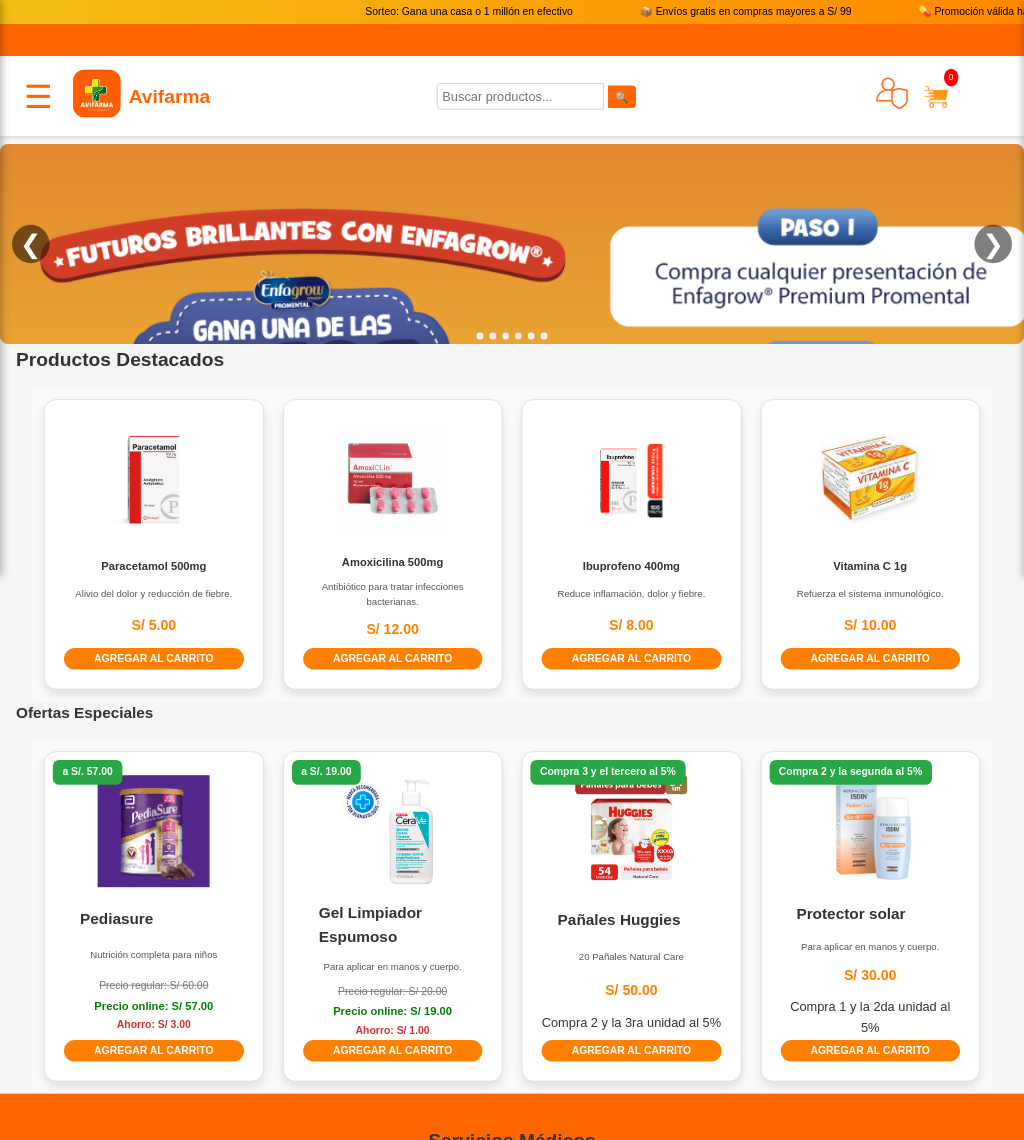
Repository: AVH75/avifarma-tienda
Page: index.html
The author's editor kept a copy of each file at every save. The page is drawn from the files as they stood at one save, then again after the next save.
The browser window is 1280 px wide. The pictures show the part of the page from y = 0 to 1425 px (the page is 2863 px tall before and 2790 px after), at 80% of full size.
A picture or video elsewhere on the page could not be fetched, so the positions and the page height are approximate.

Above is the page before, as saved 2025-09-19 20:19:37.
Not found: img/carrusel-servicios/inyectables.jpg
Not found: img/carrusel-servicios/primeros-auxilios.jpg

After the next save:
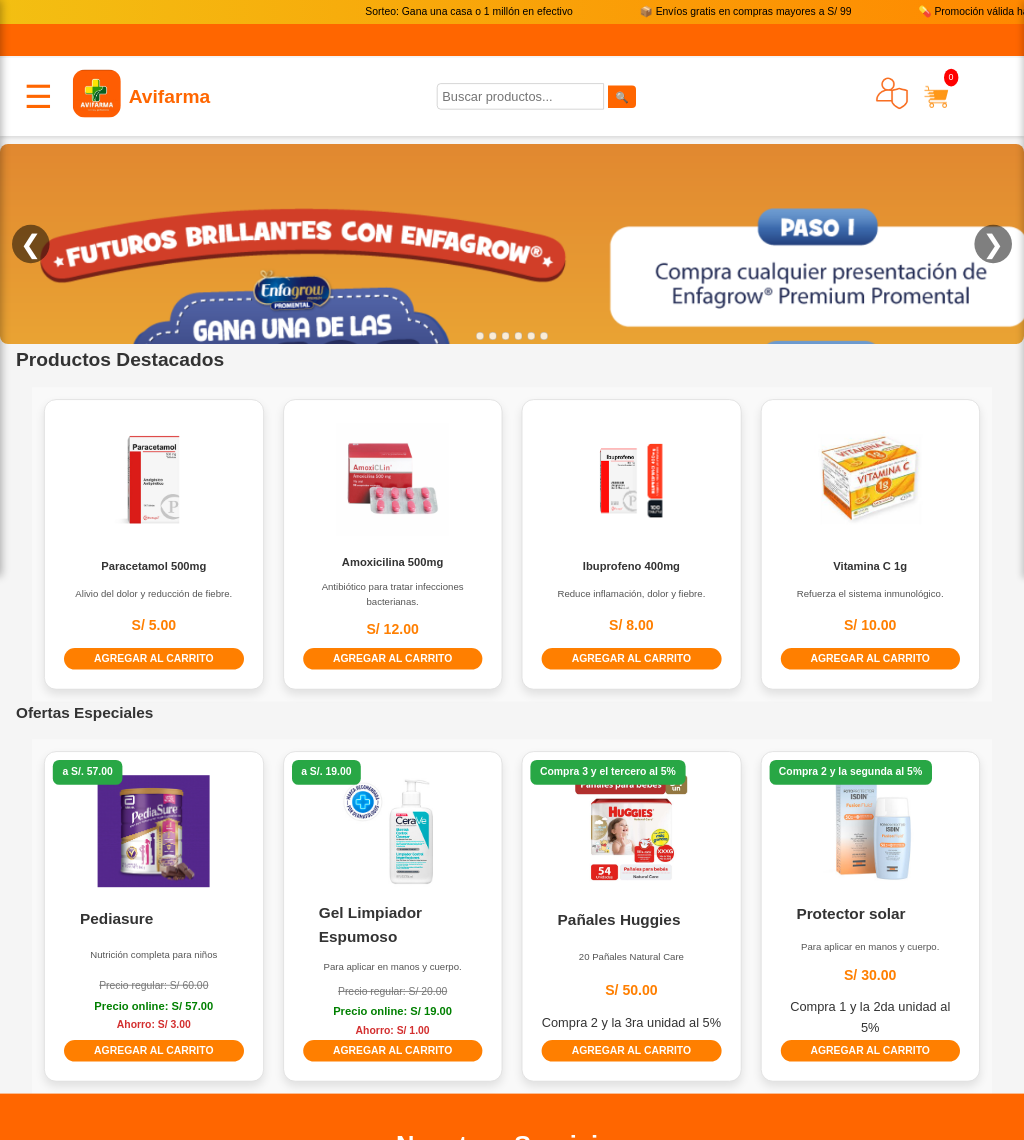
Saved 8 min 53 s later.
--- a/index.html
+++ b/index.html
@@ -181,14 +181,17 @@
   ========================= -->
 
 <section class="servicios">
-    <h2>Servicios Médicos</h2>
-    <div class="servicios-carousel" id="servicios-carousel">
-        <!-- Los servicios se cargarán aquí -->
-    </div>
-    <!-- Controles del carrusel -->
-    <button id="prev-btn" class="carousel-btn">←</button>
-    <button id="next-btn" class="carousel-btn">→</button>
+    <h2 id="titulo-servicios">Nuestros Servicios</h2>
+    <p>Conoce nuestros servicios médicos especializados para tu bienestar.</p>
+
+    <div class="slider-container">
+        <div id="servicios-carousel"></div>
+        <button class="prev" aria-label="Anterior">❮</button>
+        <button class="next" aria-label="Siguiente">❯</button>
+        <div class="dots-container" id="dots"></div>
+    </div>
 </section>
+
 
 <!-- =========================
        🔹 NOVEDADES
